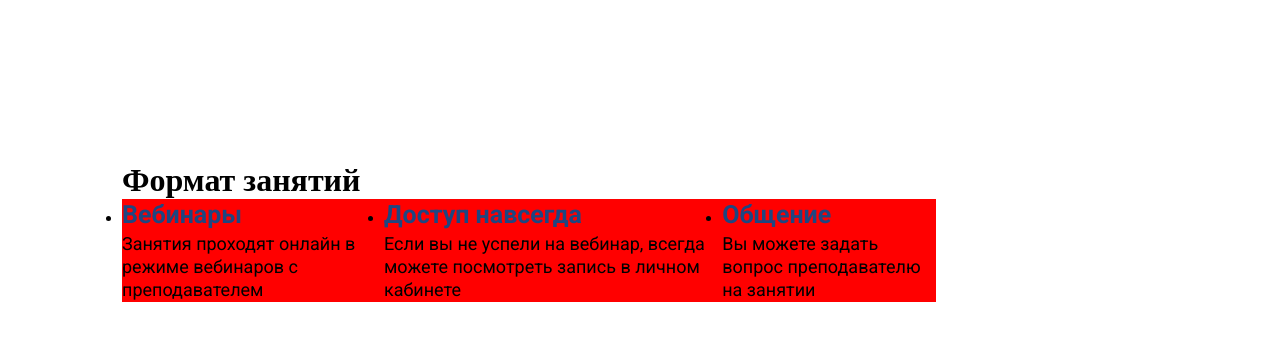
Repository: mirali879/previous-proj
Page: index.html
The author's editor kept a copy of each file at every save. The page is drawn from the files as they stood at one save, then again after the next save.
The browser window is 1280 px wide. The pictures show the whole page.

Above is the page before, as saved 2023-05-06 19:14:31.

### index.html
<!DOCTYPE html>
<html lang="en">
  <head>
    <meta charset="UTF-8" />
    <meta http-equiv="X-UA-Compatible" content="IE=edge" />
    <meta name="viewport" content="width=device-width, initial-scale=1.0" />
    <link rel="stylesheet" href="/style.css" />
    <title>Document</title>
  </head>
  <body>
    <div class="page-1">
      <h1>Формат занятий</h1>

      <ul>
        <li >
          <h3>Вебинары</h3>
          <span
            >Занятия проходят онлайн в режиме вебинаров с преподавателем</span
          >
        </li>
        <li >
          <h3>Доступ навсегда</h3>
          <span
            >Если вы не успели на вебинар, всегда можете посмотреть запись в
            личном кабинете</span
          >
        </li>
        <li >
          <h3>Общение</h3>
          <span>Вы можете задать вопрос преподавателю на занятии</span>
        </li>
      </ul>
    </div>

    <!-- <div class="container">
      <h1>Что узнаем?</h1>

      <div class="row">
        <ul class="list">
          <li>Кто чем занят в съёмочной группе;</li>
          <li>На какие этапы делится кинопроизводство;</li>
          <li>
            Как выглядит сценарий фильма и как он меняется по ходу съёмок;
          </li>
          <li>
            Какими методами режиссёры заставляют нас смеяться, плакать и
            грустить;
          </li>
          <li>
            Как построение кадра, музыка и свет помогают считывать заложенные в
            фильм смыслы;
          </li>
          <li>
            Какие жанры есть в кино и как от них зависит работа операторов,
            осветителей и монтажёров;
          </li>
          <li>Как, зная всё это, понимать, о чем фильм.</li>
        </ul>
      </div>
    </div> -->

    <!-- <div class="container2">
        <h1>Программа курса</h1>
        <div class="box-row">
            <div class="box">
                <img src="/images/pic-1.png" alt="">
                <h3>1. Как создают кино</h3>
                <div class="div">
                    8 сентября 20:00 Данила Кузнецов
                </div>
            </div>

            <div class="box">
                <img src="/images/pic-1.png" alt="">
                <h3>1. Как создают кино</h3>
                <div class="div">
                    8 сентября 20:00 Данила Кузнецов
                </div>
            </div>

            <div class="box">
                <img src="/images/pic-1.png" alt="">
                <h3>1. Как создают кино</h3>
                <div class="div">
                    8 сентября 20:00 Данила Кузнецов
                </div>
            </div>

            <div class="box">
                <img src="/images/pic-1.png" alt="">
                <h3>1. Как создают кино</h3>
                <div class="div">
                    8 сентября 20:00 Данила Кузнецов
                </div>
            </div>

            <div class="box">
                <img src="/images/pic-1.png" alt="">
                <h3>1. Как создают кино</h3>
                <div class="div">
                    8 сентября 20:00 Данила Кузнецов
                </div>
            </div>

            <div class="box">
                <img src="/images/pic-1.png" alt="">
                <h3>1. Как создают кино</h3>
                <div class="div">
                    8 сентября 20:00 Данила Кузнецов
                </div>
            </div>

            <div class="box">
                <img src="/images/pic-1.png" alt="">
                <h3>1. Как создают кино</h3>
                <div class="div">
                    8 сентября 20:00 Данила Кузнецов
                </div>
            </div>

            <div class="box">
                <img src="/images/pic-1.png" alt="">
                <h3>1. Как создают кино</h3>
                <div class="div">
                    8 сентября 20:00 Данила Кузнецов
                </div>
            </div>
        </div>
    </div> -->
  </body>
</html>

### style.css
@import url("https://fonts.googleapis.com/css2?family=Roboto+Slab:wght@700&family=Roboto:wght@400;700&display=swap");
* {
  margin: 0;
  padding: 0;
}

/* .page-1 {
  padding: 162px 344px 188px 122px;
}

.page-1 h1 {
  font-family: Roboto Slab;
  font-size: 55px;
  font-weight: 700;
  text-align: left;
}

ul {
  background-color: aqua;
  display: flex;
}
li {
  margin-right: 112px;
}
.col-1 {
  width: 223px;
}
.col-2 {
  width: 271px;
}
.col-3 {
  width: 245px;
}

ul .col h3 {
  font-family: Roboto;
  font-size: 25px;
  font-weight: 700;
  line-height: 32px;
  letter-spacing: 0em;
  text-align: left;
}

.col span {
  font-family: Roboto;
  font-size: 18px;
  font-weight: 400;
  line-height: 23px;
  letter-spacing: 0em;
  text-align: left;
}

.list{
    width: 666px;
}

.list li {
  font-family: Roboto;
  font-size: 24px;
  font-weight: 400;
  line-height: 36px;
  letter-spacing: 0em;
  text-align: left;
}


.container2{
    padding: 0 85px 0 85px;
}

.box-row{
    display: flex;
    background-color: aqua;
    width: 100%;
    flex-wrap: wrap;

}


.box-row .box{
    width: 399px;
} */

 .page-1 {
  padding: 162px 344px 188px 122px;
}
.page-1 ul{
  display: flex;
  background-color: red;
}
.page-1 ul li h3{
  font-family: 'Roboto';
  font-style: normal;
  font-weight: 700;
  font-size: 25px;
  line-height: 130%;
  color: #1E4681;
}
.page-1 ul li span{
  font-family: 'Roboto';
font-style: normal;
font-weight: 400;
font-size: 18px;
line-height: 130%;

color: #000000;

}

After the next save:
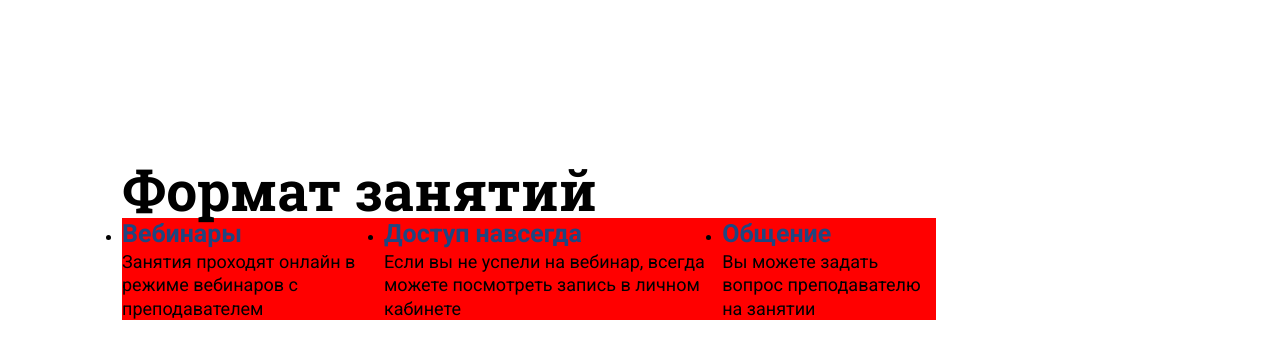
Saved 71 s later.
--- a/style.css
+++ b/style.css
@@ -84,6 +84,13 @@ ul .col h3 {
  .page-1 {
   padding: 162px 344px 188px 122px;
 }
+.page-1 h1{
+  font-family: 'Roboto Slab';
+font-style: normal;
+font-weight: 700;
+font-size: 55px;
+line-height: 101.38%;
+}
 .page-1 ul{
   display: flex;
   background-color: red;
